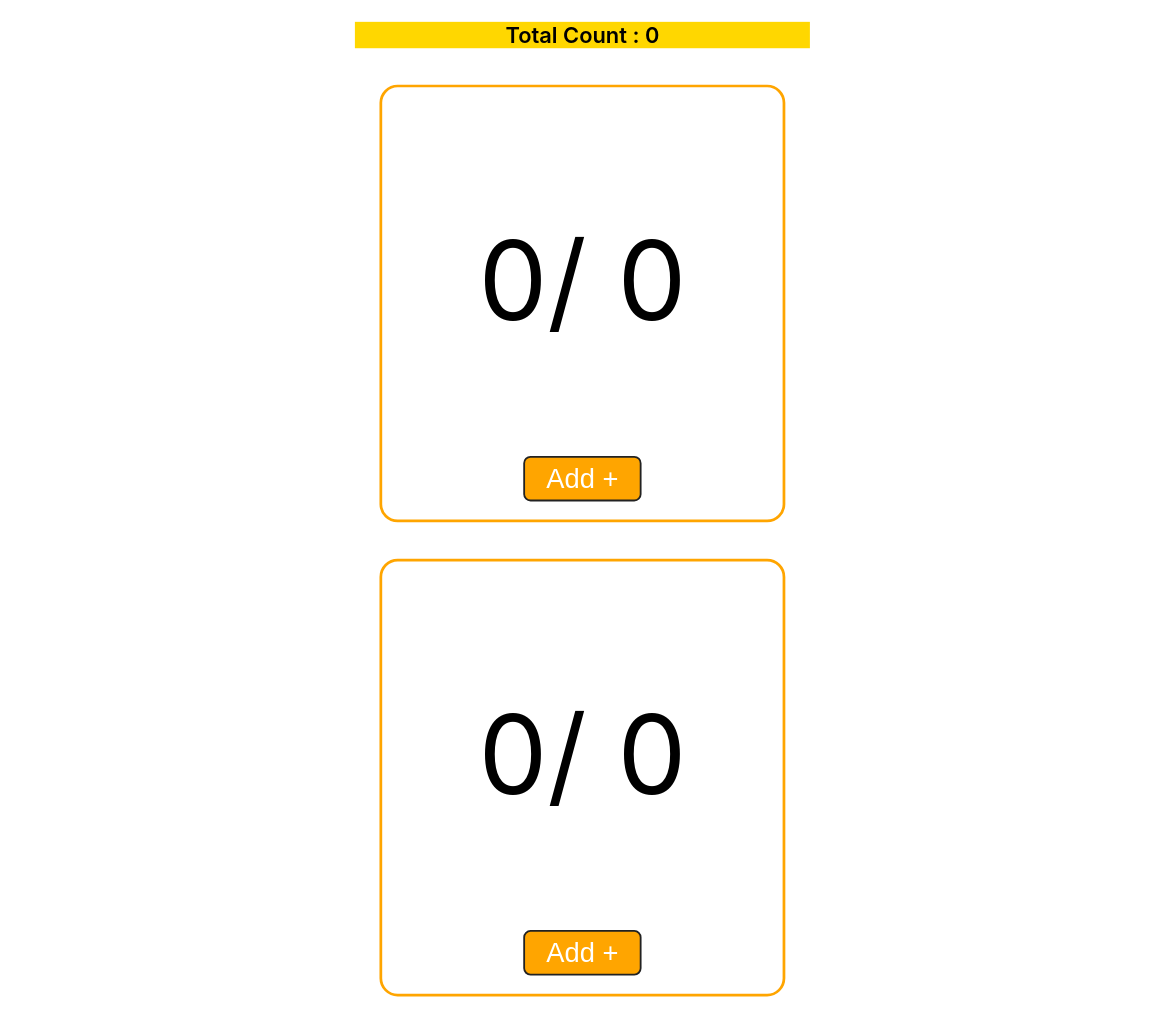
Repository: dnjfht/css-example
Page: /
These files come from the project's save history. The page is drawn as it stood at one moment and after the next save; the edit follows.
The browser window is 1280 px wide. The pictures show the whole page, at 91% of full size.
The project was rebuilt for these pictures with package versions that can differ from the ones it lists, and the page was loaded fresh each time.

Above is the page before, as saved 2023-05-09 19:39:30.

### src/App.js
import React, { useState } from "react";
import Counter from "./components/Counter";

export default function App() {
  const [total, setTotal] = useState(0);

  const handleClickTotal = () => {
    setTotal((prev) => prev + 1);
  };
  return (
    <div style={{ textAlign: "center", width: 500, margin: "0 auto" }}>
      <p
        style={{
          width: "100%",
          backgroundColor: "gold",
          fontSize: 24,
          fontWeight: 600,
        }}
      >
        Total Count : {total}
      </p>
      <Counter total={total} handleClickTotal={handleClickTotal} />
      <Counter total={total} handleClickTotal={handleClickTotal} />
    </div>
  );
}

### src/components/Counter.jsx
import React, { useState } from "react";

export default function Counter({ total, handleClickTotal }) {
  const [count, setCount] = useState(0);

  const handleClickCountUp = () => {
    setCount((prev) => prev + 1);
    handleClickTotal();
  };

  //   const handleClickCountDown = () => {
  //     if (count > 0) setCount(count - 1);
  //   };

  return (
    <div
      style={{
        width: 400,
        padding: 20,
        margin: "40px auto",
        border: "3px solid orange",
        borderRadius: 20,
        display: "flex",
        flexDirection: "column",
        alignItems: "center",
      }}
    >
      <p style={{ fontSize: 120 }}>
        {count}
        <span>/ {total}</span>
      </p>
      <button
        style={{
          width: 130,
          padding: "6px 16px",
          boxSizing: "border-box",
          backgroundColor: "orange",
          border: "2px solid #222",
          borderRadius: 8,
          fontSize: 30,
          color: "white",
        }}
        onClick={handleClickCountUp}
      >
        Add +
      </button>
      {/* <button
        style={{
          width: 130,
          padding: "6px 16px",
          marginTop: 10,
          boxSizing: "border-box",
          backgroundColor: "orange",
          border: "2px solid #222",
          borderRadius: 8,
          fontSize: 30,
          color: "white",
        }}
        onClick={handleClickCountDown}
      >
        Add -
      </button> */}
    </div>
  );
}

Loaded but not shown: public/index.html (common file); src/index.js (common file); src/index.css (common file); src/reportWebVitals.js (common file)

After the next save:
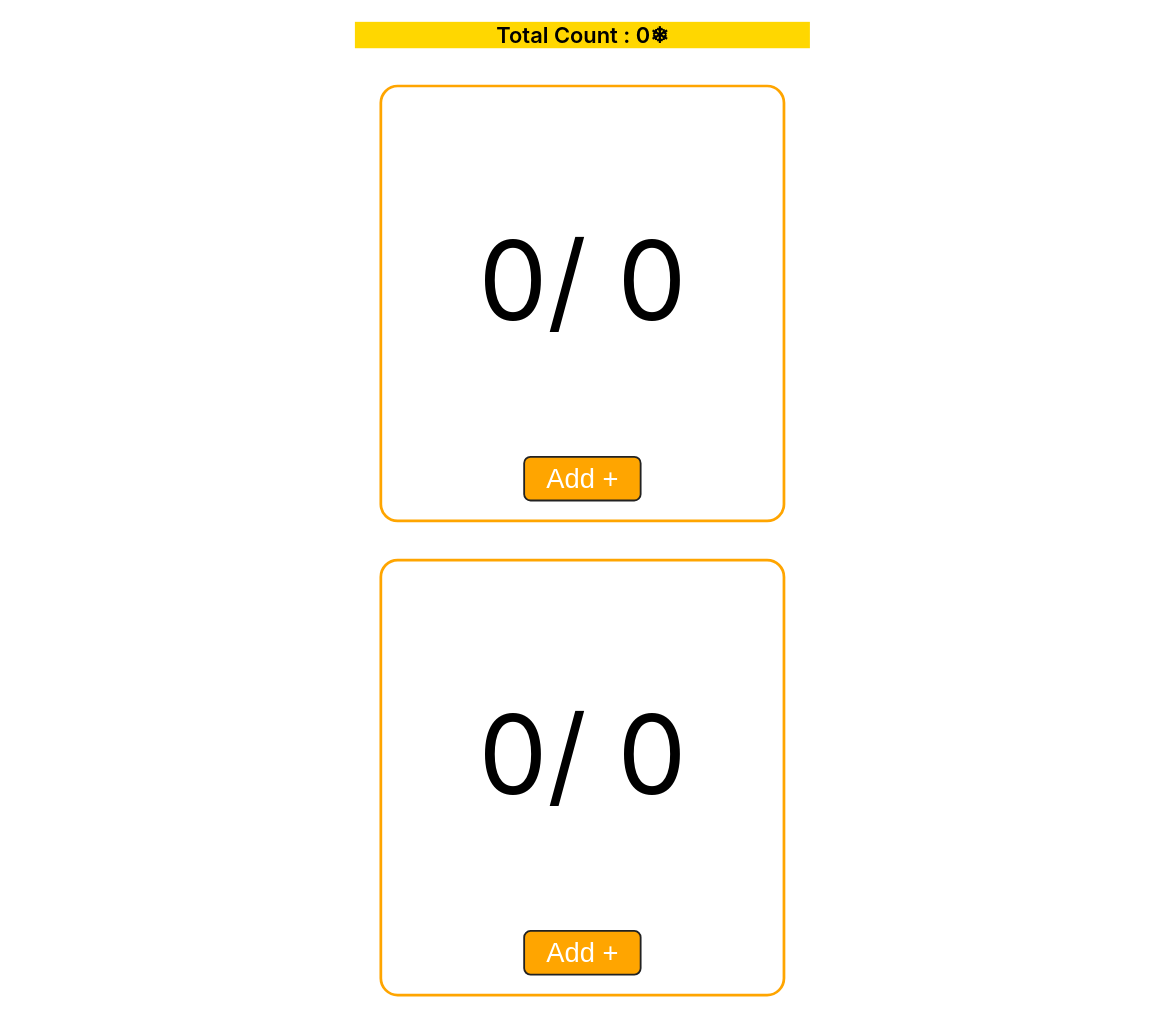
Saved 94 s later.
--- a/src/App.js
+++ b/src/App.js
@@ -18,6 +18,7 @@ export default function App() {
         }}
       >
         Total Count : {total}
+        <span>{total > 20 ? "🔥" : "❄"}</span>
       </p>
       <Counter total={total} handleClickTotal={handleClickTotal} />
       <Counter total={total} handleClickTotal={handleClickTotal} />
